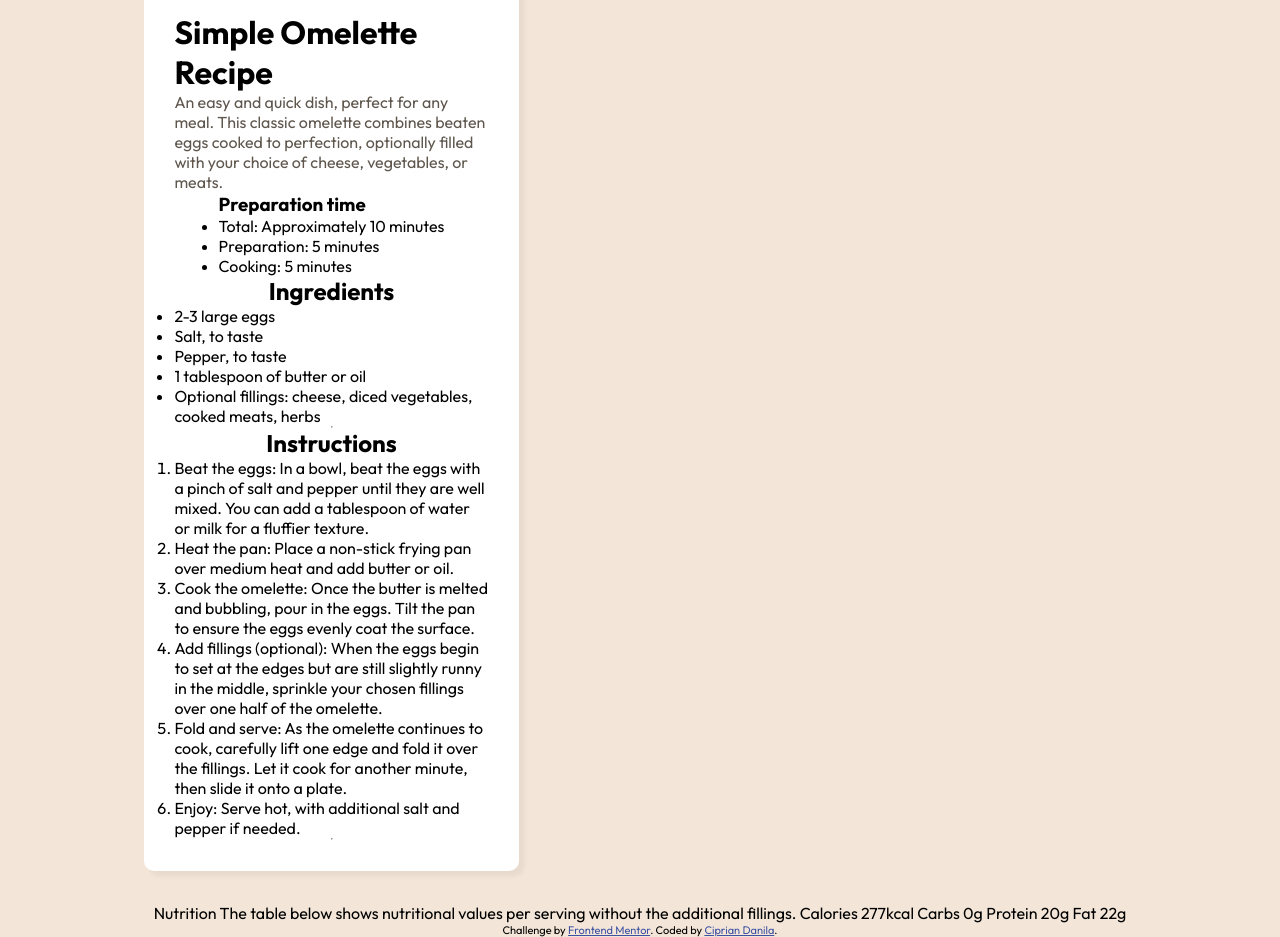
Repository: cipdanila/recipe-page
Page: index.html
The author's editor kept a copy of each file at every save. The page is drawn from the files as they stood at one save, then again after the next save.
The browser window is 1280 px wide. The pictures show the whole page.

Above is the page before, as saved 2024-01-21 15:16:00.

After the next save:
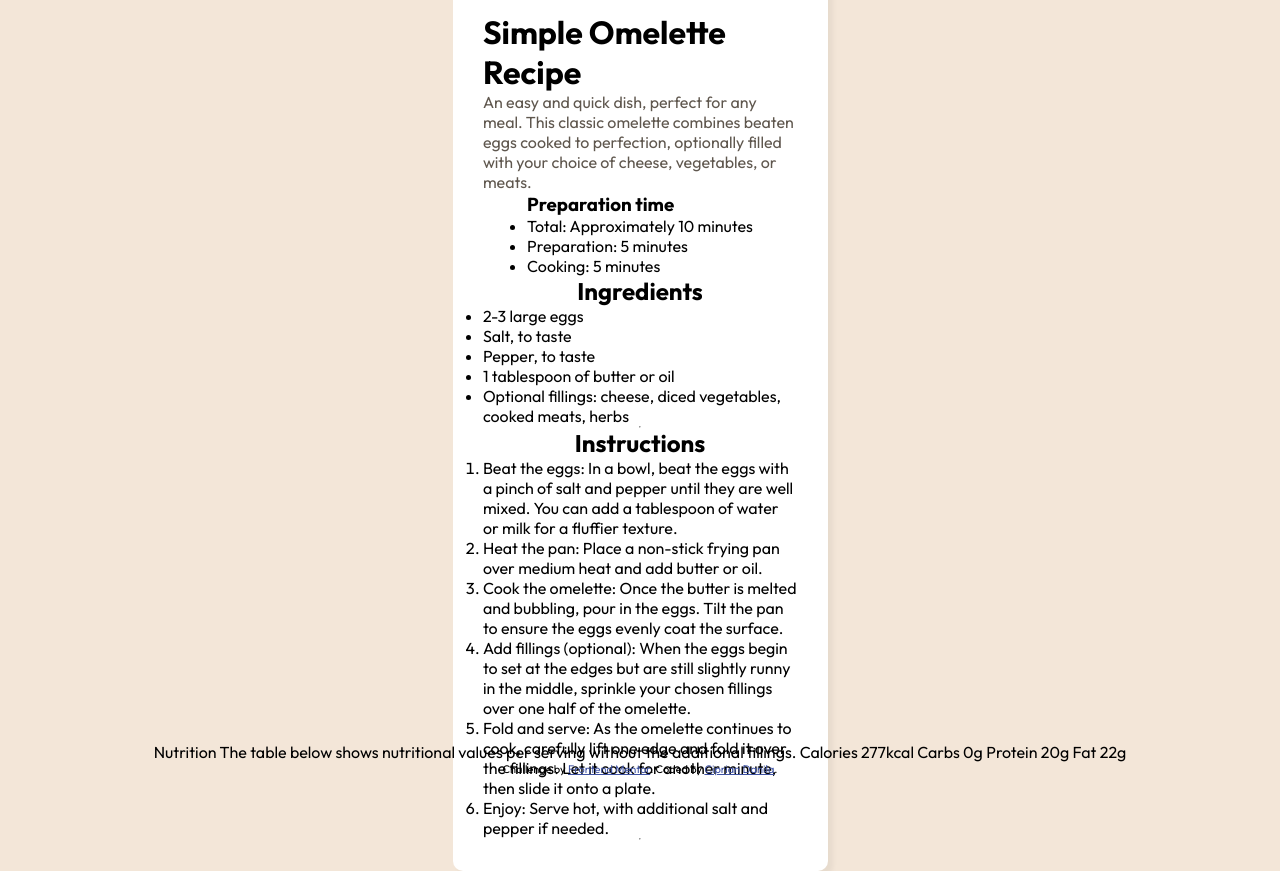
Saved 35 s later.
--- a/styles.css
+++ b/styles.css
@@ -34,6 +34,11 @@
 main {
     width: 80%;
     display: flex;
+    flex-direction: column;
+    align-items: center;
+    justify-content: center;
+    height: calc(100vh - 1px);
+    margin: 1.25rem;
 }
 
 img {
